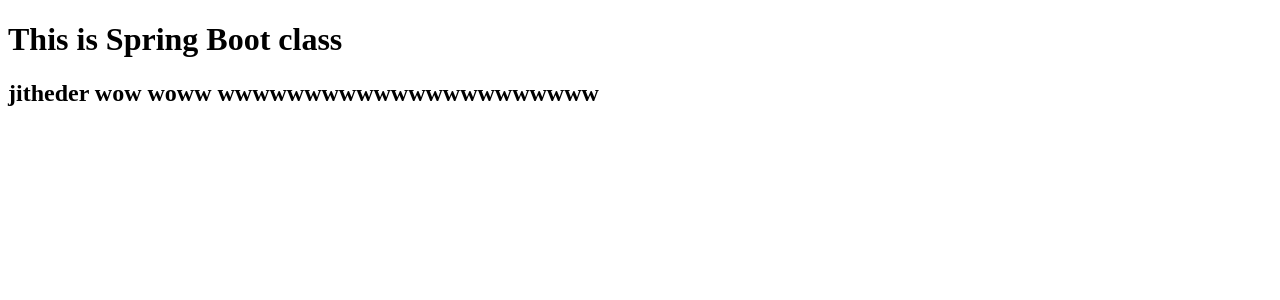
Repository: acharikammari/springprograms
Page: Springbootex/src/main/webapp/data.html
An editor plug-in stored every save of this project. The page is shown before and after the next save, followed by the edit.
The browser window is 1280 px wide. The pictures show the whole page.

Above is the page before, as saved 2024-03-19 09:54:07.

After the next save:
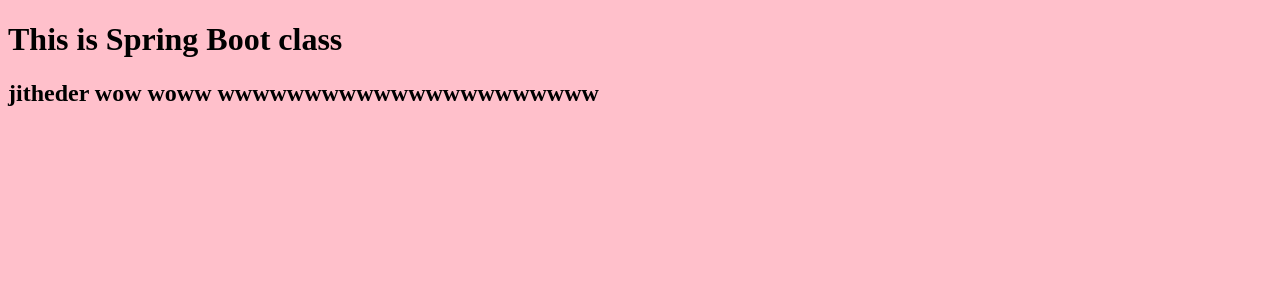
Saved 113 s later.
--- a/Springbootex/src/main/webapp/data.html
+++ b/Springbootex/src/main/webapp/data.html
@@ -4,7 +4,7 @@
 <meta charset="UTF-8">
 <title>Insert title here</title>
 </head>
-<body bgcolour="pink">
+<body bgcolor="pink">
 	<h1>This is Spring Boot class</h1>
 	<h2>jitheder wow woww wwwwwwwwwwwwwwwwwwwwww</h2>
 </body>
